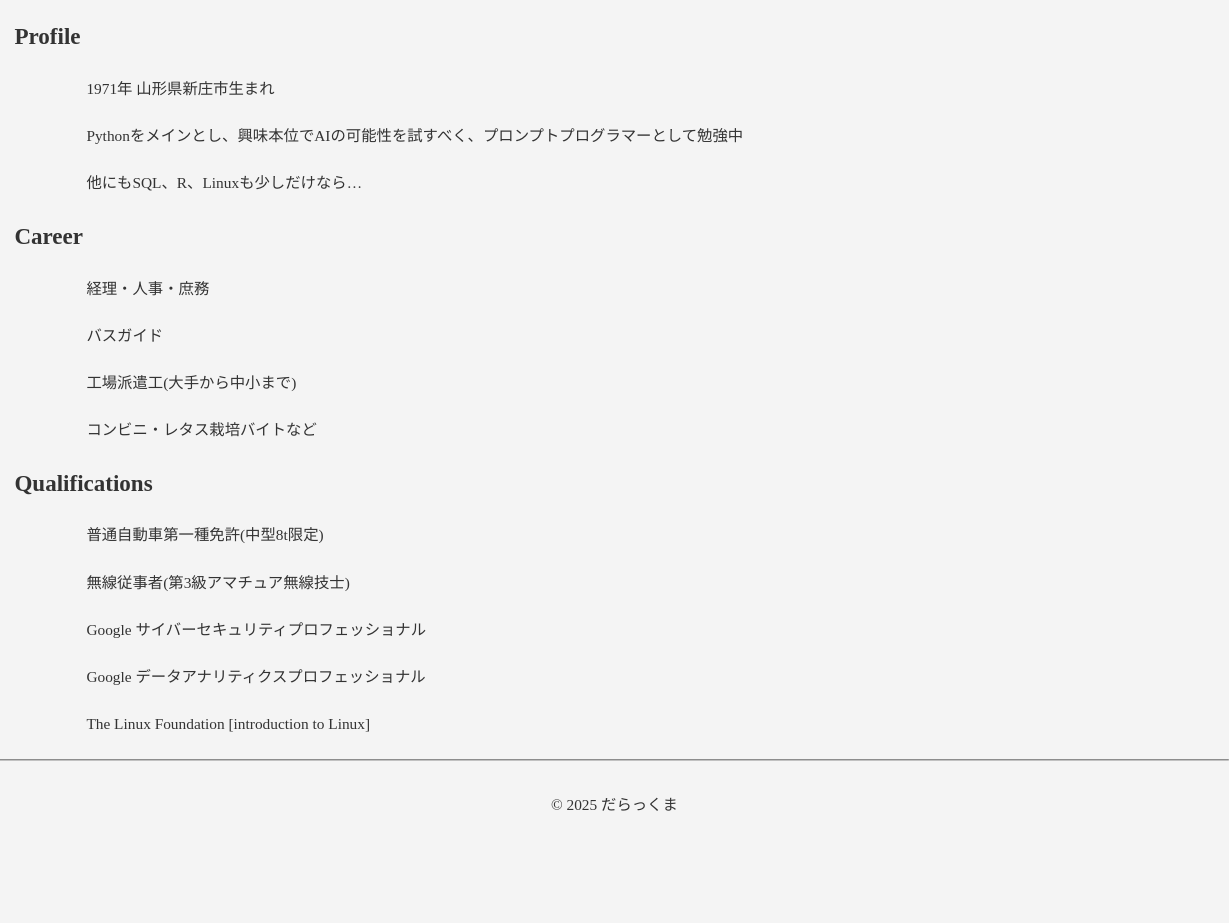
Repository: rydeen7907/html
Page: profile.html
An editor plug-in stored every save of this project. The page is shown before and after a run of saves, followed by the edit.
The browser window is 1280 px wide. The pictures show the whole page, at 96% of full size.

Above is the page before, as saved 2025-04-27 17:50:40.

After the next 2 saves:
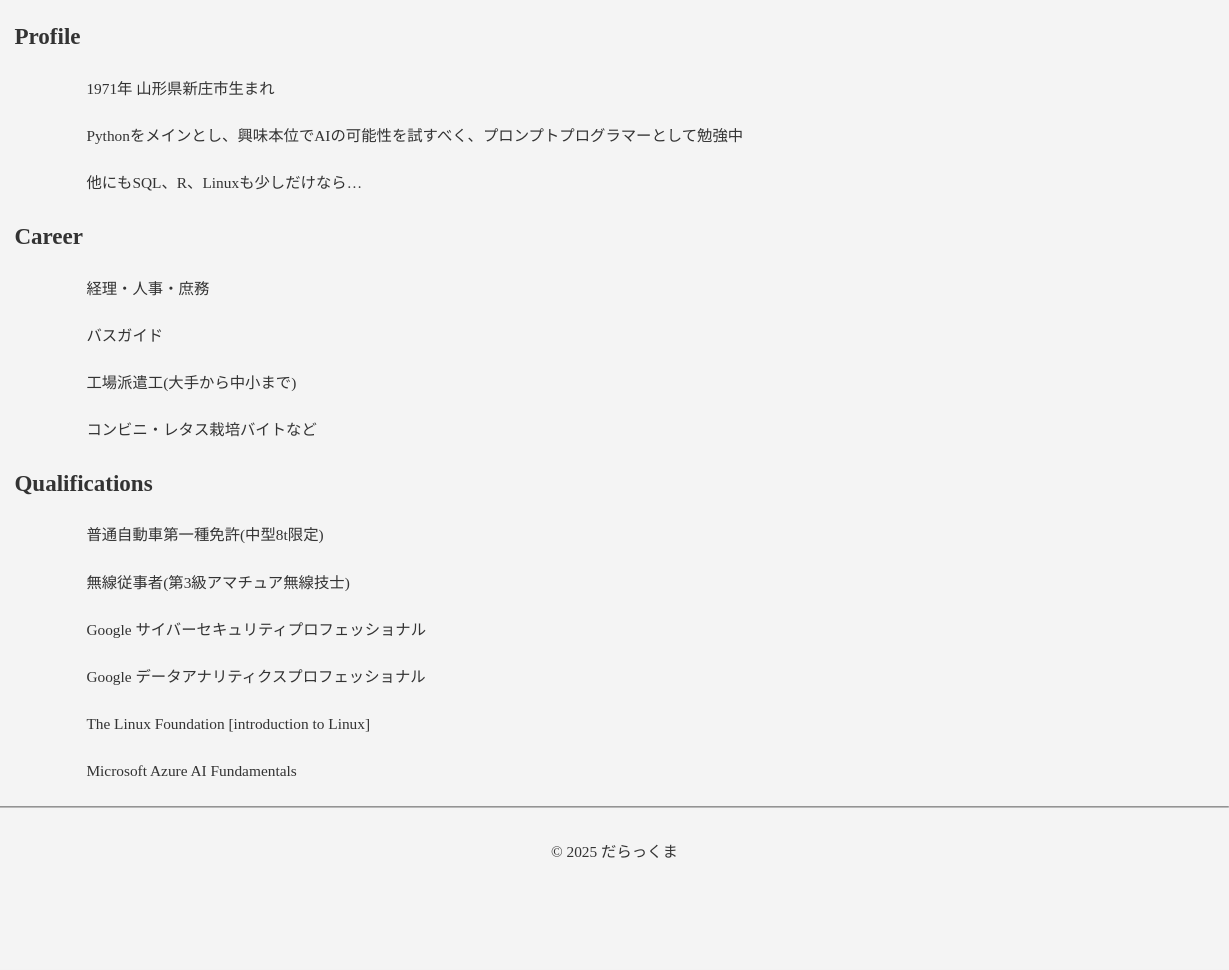
The 2 saves are shown as one change because they came seconds apart.
The last was saved 13 s later.
--- a/profile.html
+++ b/profile.html
@@ -30,6 +30,7 @@
         <p>Google サイバーセキュリティプロフェッショナル</p>
         <p>Google データアナリティクスプロフェッショナル</p>
         <p>The Linux Foundation [introduction to Linux]</p>
+        <p>Microsoft Azure AI Fundamentals</p>
         </ul>
 
     </main>

After the save that followed:
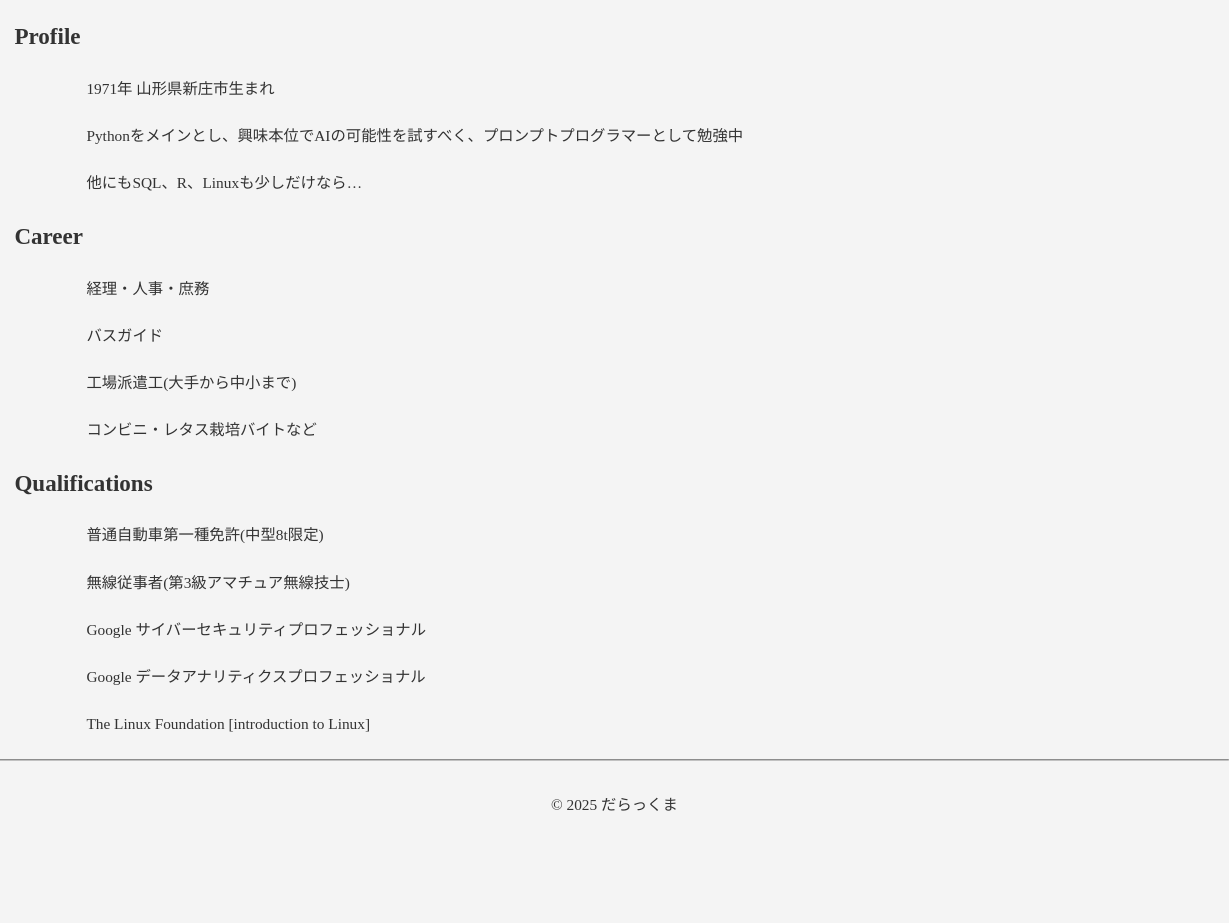
Saved 10 s later.
--- a/profile.html
+++ b/profile.html
@@ -30,7 +30,7 @@
         <p>Google サイバーセキュリティプロフェッショナル</p>
         <p>Google データアナリティクスプロフェッショナル</p>
         <p>The Linux Foundation [introduction to Linux]</p>
-        <p>Microsoft Azure AI Fundamentals</p>
+        <p></p>
         </ul>
 
     </main>
